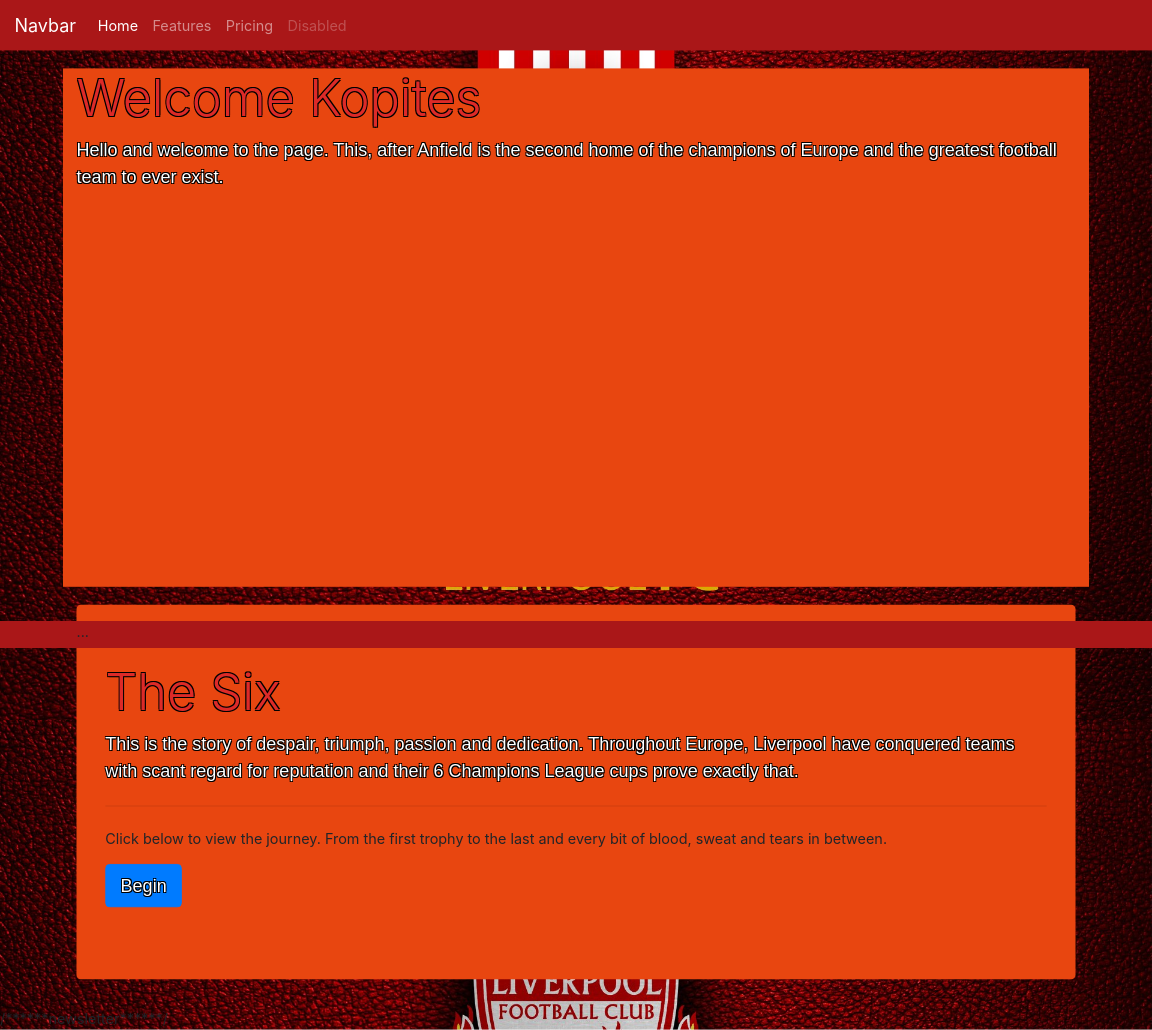
Repository: DalyAD/allez-2
Page: index.html
The author's editor kept a record of every edit. The page is drawn from the files as they stood at one moment, then again after the next edit.
The browser window is 1280 px wide. The pictures show the whole page, at 90% of full size.
Backgrounds fixed to the window are drawn as part of the page.

Above is the page before.

After the next edit:
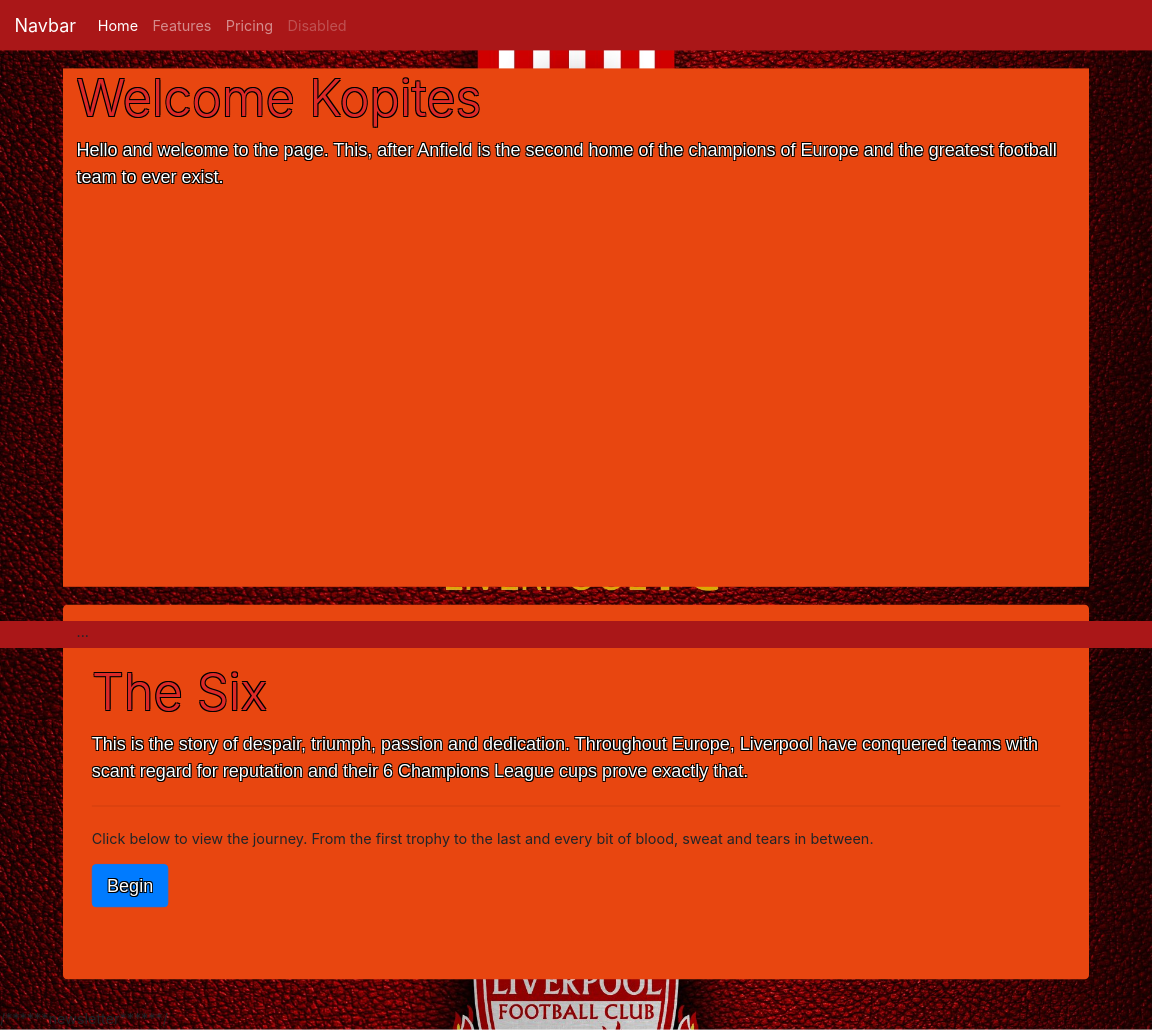
The edit:
--- a/index.html
+++ b/index.html
@@ -40,14 +40,16 @@
     </header>
     <section id="thesix">
         <div class="container">
-        <div class="jumbotron">
-            <h1 class="display-4">The Six</h1>
-            <p class="lead">This is the story of despair, triumph, passion and dedication. Throughout Europe, Liverpool have conquered teams with scant regard for reputation and their 6 Champions League cups prove exactly that.</p>
-            <hr class="my-4">
-            <p>Click below to view the journey. From the first trophy to the last and every bit of blood, sweat and tears in between.</p>
-            <p class="lead">
-                <a class="btn btn-primary btn-lg" href="page1.html" role="button">Begin</a>
-            </p>
+            <div class="row">
+            <div class="jumbotron">
+                <h1 class="display-4">The Six</h1>
+                <p class="lead">This is the story of despair, triumph, passion and dedication. Throughout Europe, Liverpool have conquered teams with scant regard for reputation and their 6 Champions League cups prove exactly that.</p>
+                <hr class="my-4">
+                <p>Click below to view the journey. From the first trophy to the last and every bit of blood, sweat and tears in between.</p>
+                <p class="lead">
+                    <a class="btn btn-primary btn-lg" href="page1.html" role="button">Begin</a>
+                </p>
+            </div>
         </div>
     </section>
     /******newsletter******/

After the edit that followed:
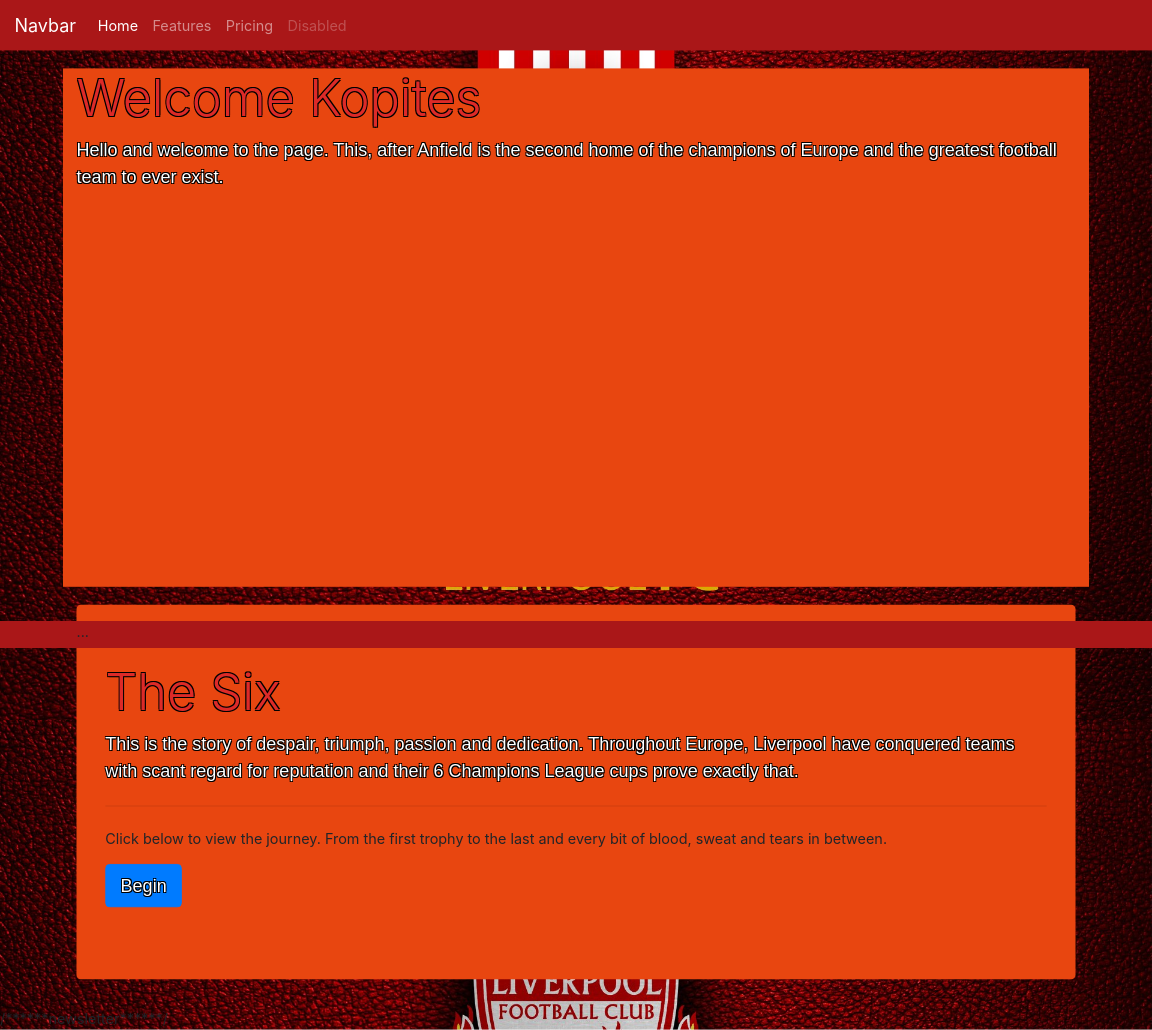
The edit:
--- a/index.html
+++ b/index.html
@@ -41,14 +41,16 @@
     <section id="thesix">
         <div class="container">
             <div class="row">
-            <div class="jumbotron">
-                <h1 class="display-4">The Six</h1>
-                <p class="lead">This is the story of despair, triumph, passion and dedication. Throughout Europe, Liverpool have conquered teams with scant regard for reputation and their 6 Champions League cups prove exactly that.</p>
-                <hr class="my-4">
-                <p>Click below to view the journey. From the first trophy to the last and every bit of blood, sweat and tears in between.</p>
-                <p class="lead">
-                    <a class="btn btn-primary btn-lg" href="page1.html" role="button">Begin</a>
-                </p>
+                <div class="col-sm-12">
+                <div class="jumbotron">
+                    <h1 class="display-4">The Six</h1>
+                    <p class="lead">This is the story of despair, triumph, passion and dedication. Throughout Europe, Liverpool have conquered teams with scant regard for reputation and their 6 Champions League cups prove exactly that.</p>
+                    <hr class="my-4">
+                    <p>Click below to view the journey. From the first trophy to the last and every bit of blood, sweat and tears in between.</p>
+                    <p class="lead">
+                        <a class="btn btn-primary btn-lg" href="page1.html" role="button">Begin</a>
+                    </p>
+                </div>
             </div>
         </div>
     </section>
